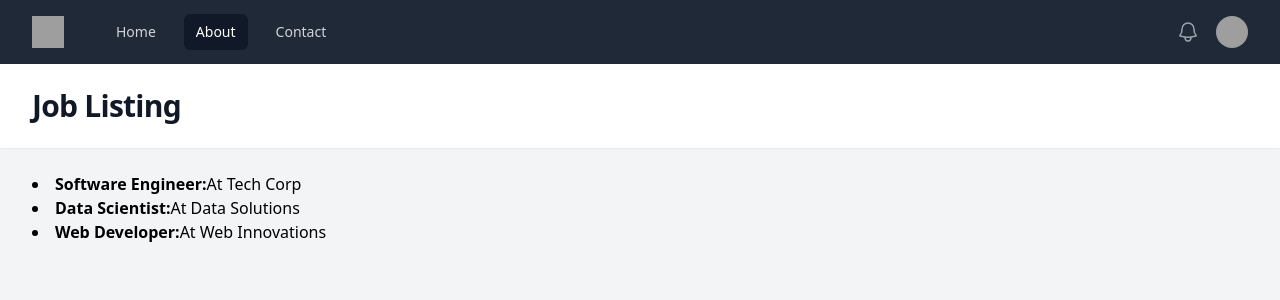
Repository: mennaabdelelhady/30-Days-to-Learn-Laravel
Page: http://localhost/jobs
An editor plug-in stored every save of this project. The page is shown before and after the next save, followed by the edit.
The browser window is 1280 px wide. The pictures show the whole page.
Pictures or frames that could not be fetched are drawn as grey boxes. Some web libraries are served in a nearby version. The page is served by the project's Laravel application, run on PHP 8.4 with Laravel 12.

Above is the page before, as saved 2025-07-09 12:30:09.

After the next save:
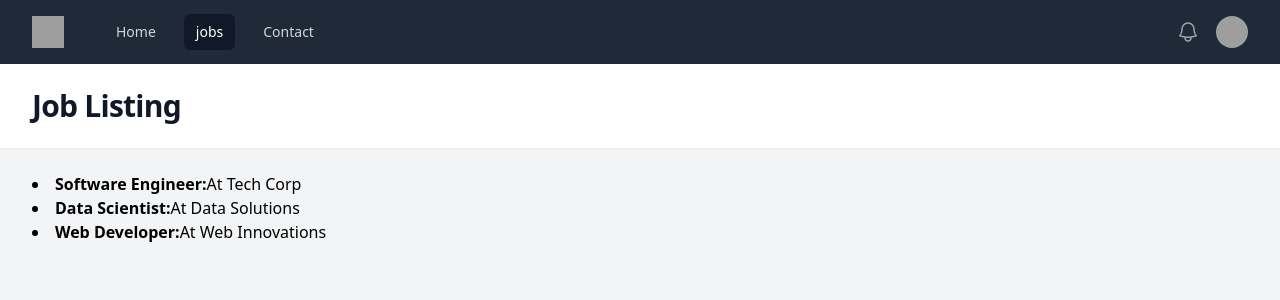
Saved 66 s later.
--- a/resources/views/components/layout.blade.php
+++ b/resources/views/components/layout.blade.php
@@ -23,7 +23,7 @@
                             <div class="ml-10 flex items-baseline space-x-4">
                                 <!-- Current: "bg-gray-900 text-white", Default: "text-gray-300 hover:bg-gray-700 hover:text-white" -->
                                 <x-nav-link href="/home" :active="request()->is('home')">Home</x-nav-link>
-                                <x-nav-link href="/jobs" :active="request()->is('jobs')">About</x-nav-link>
+                                <x-nav-link href="/jobs" :active="request()->is('jobs')">jobs</x-nav-link>
                                 <x-nav-link href="/contact" :active="request()->is('contact')" type="button">Contact</x-nav-link>
                             </div>
                         </div>
